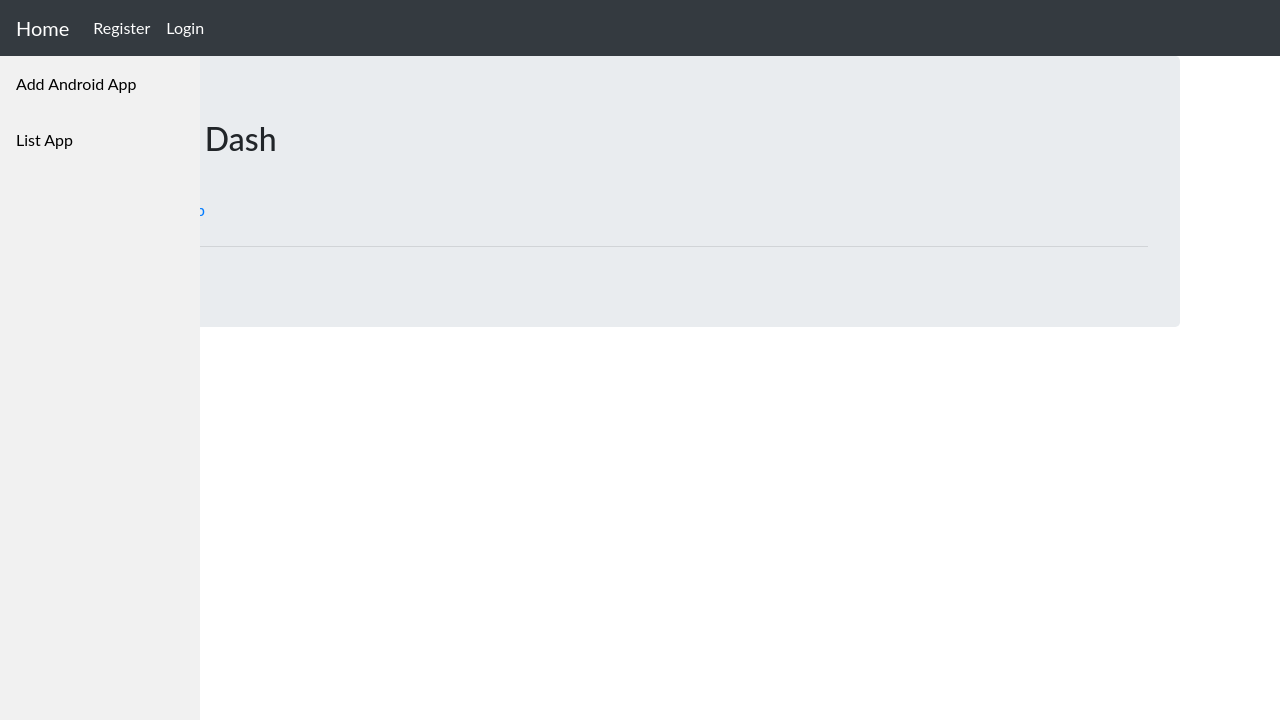
Repository: prabhat8701/nextgrowth_lab_task-main
Page: http://localhost/userDash/
The author's editor kept a copy of each file at every save. The page is drawn from the files as they stood at one save, then again after the next save.
The browser window is 1280 px wide. The pictures show the whole page.
The page is served by the project's application, run on Django 4.2 (manage.py).

Above is the page before, as saved 2023-07-31 18:29:48.

After the next save:
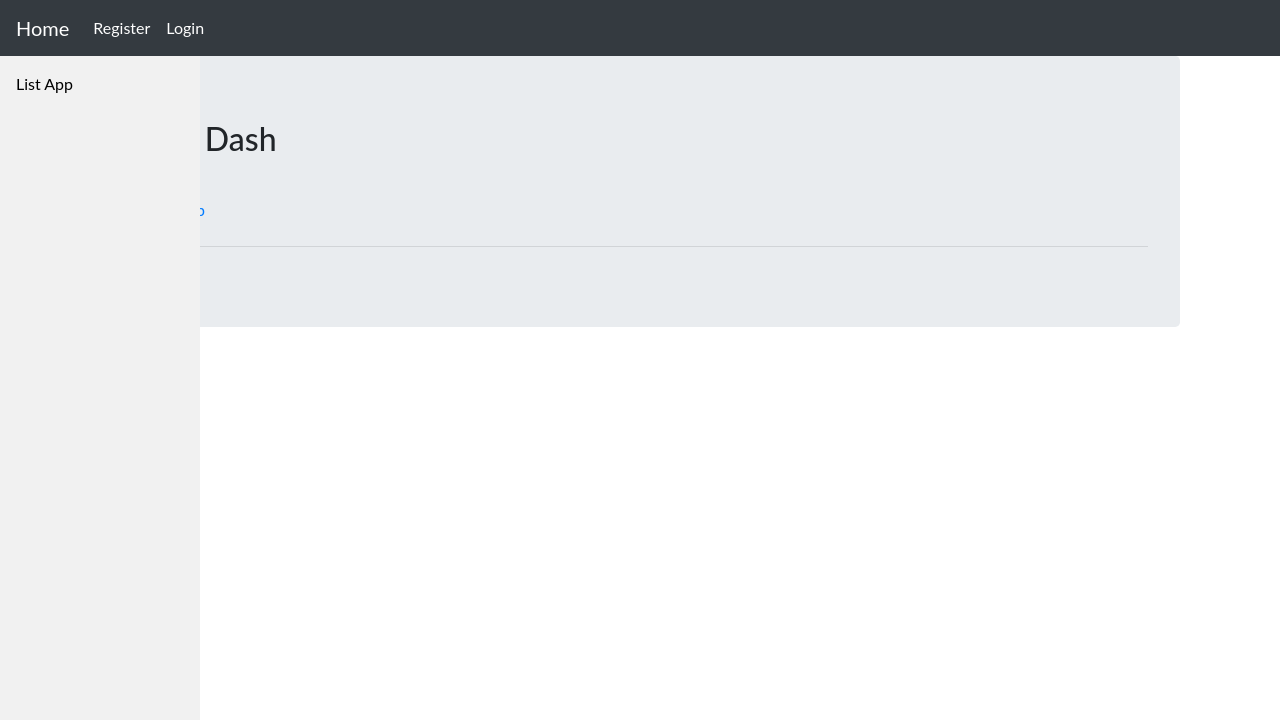
Saved 7 s later.
--- a/nextgrowAi/SET_2/next_project/templates/gradesApp/userDash.html
+++ b/nextgrowAi/SET_2/next_project/templates/gradesApp/userDash.html
@@ -1,6 +1,6 @@
 
 
-{% extends 'gradesApp/base1.html' %}
+{% extends 'gradesApp/base2.html' %}
 {% block body_block %}
 
 <div class="container">
